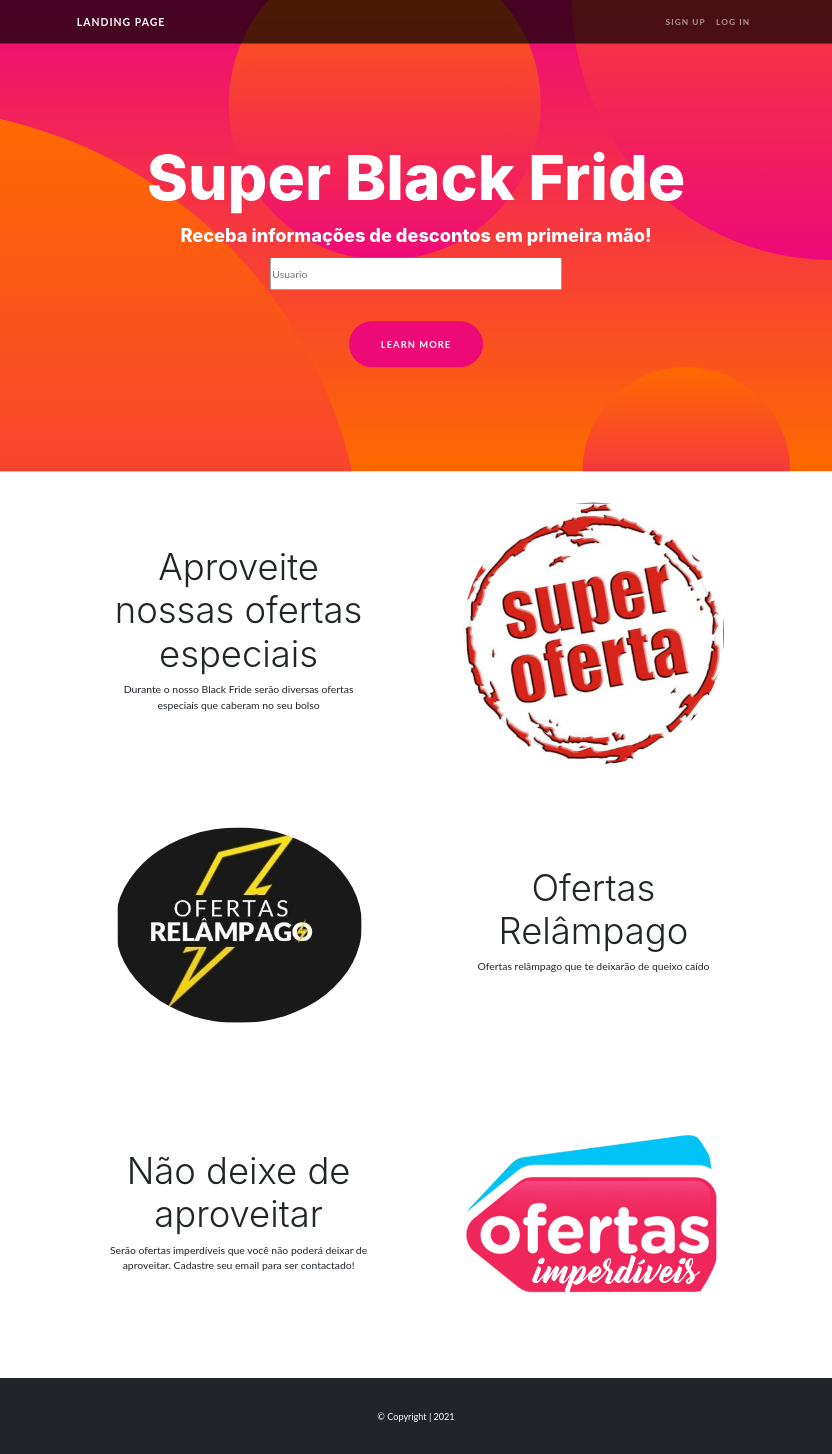
Repository: jrfalcao/landing-page
Page: /
An editor plug-in stored every save of this project. The page is shown before and after the next save, followed by the edit.
The browser window is 1280 px wide. The pictures show the whole page, at 65% of full size.
The project was rebuilt for these pictures with package versions that can differ from the ones it lists, and the page was loaded fresh each time.

Above is the page before, as saved 2021-07-18 22:26:19.

After the next save:
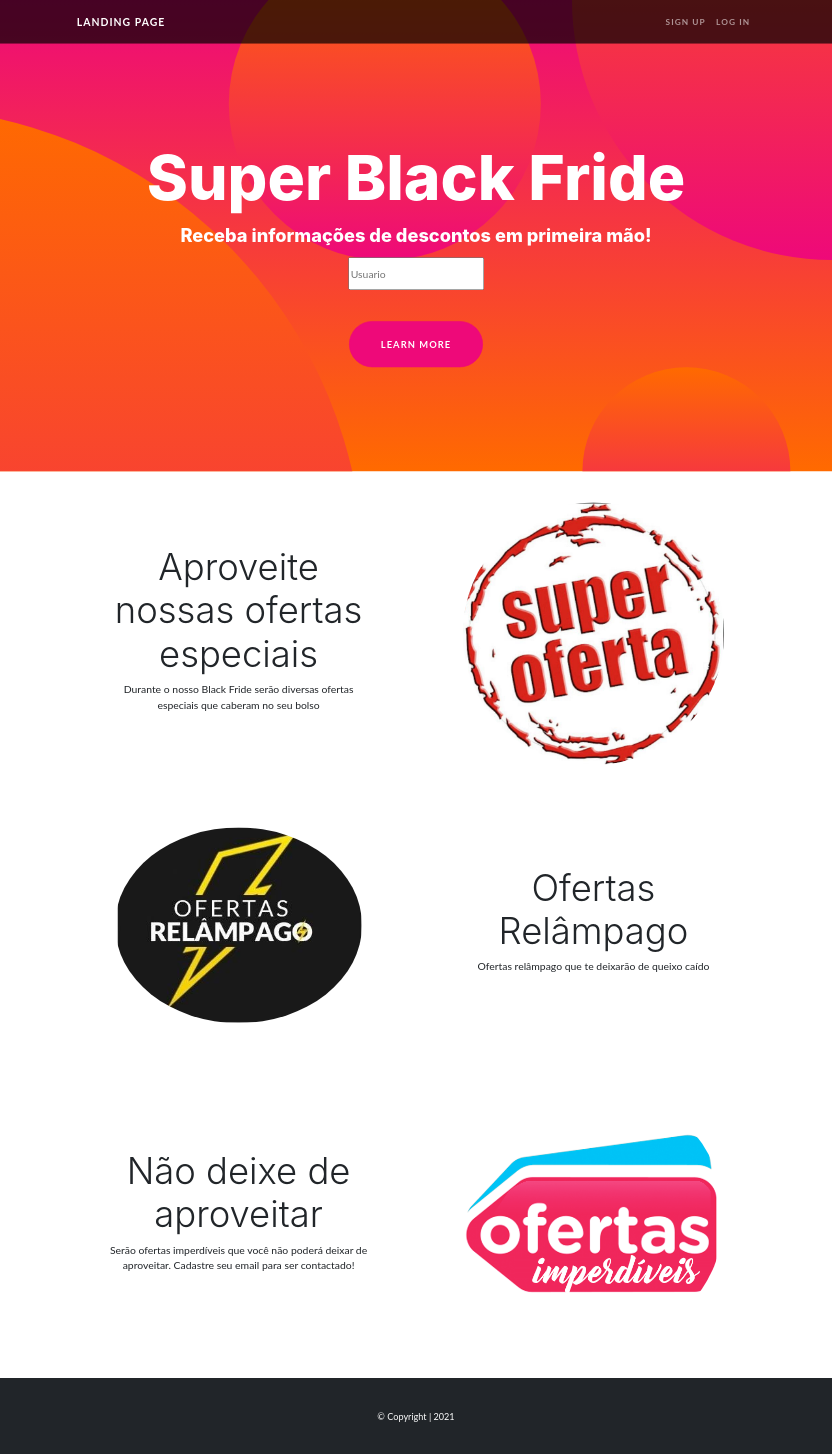
Saved 2 min 51 s later.
--- a/src/assets/css/App.css
+++ b/src/assets/css/App.css
@@ -30,6 +30,7 @@
 
 .input-email {
   background-color: rgba(#000, #000, #000, 0.6);
+  border: solid 1px rgb(30, 35, 39)
   width: 450px;
   height: 50px;
   display: block;
